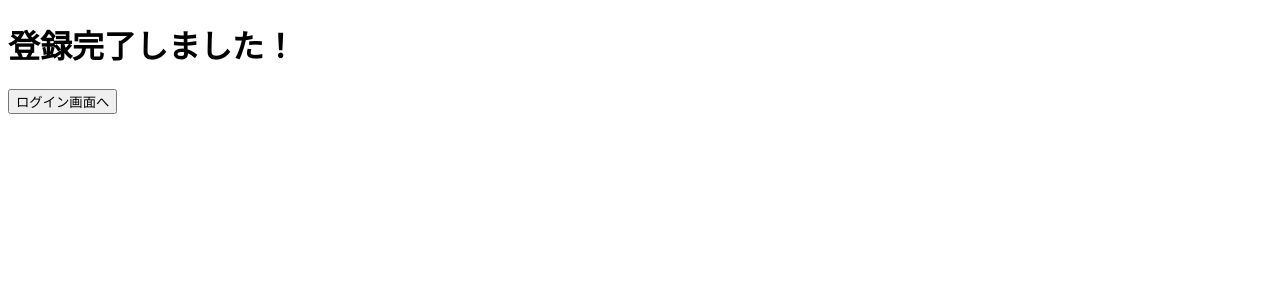
Repository: kawaguchi-mizuki/ntmc
Page: http://localhost/movie/addusercomp
The author's editor kept a copy of each file at every save. The page is drawn from the files as they stood at one save, then again after the next save.
The browser window is 1280 px wide. The pictures show the whole page.
The page is served by Tomcat 9.

Above is the page before, as saved 2019-06-28 06:49:23.

After the next save:
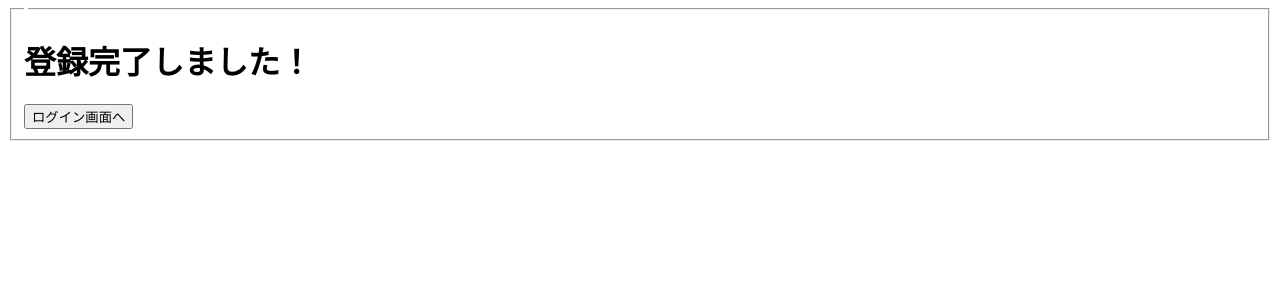
Saved 2 min 10 s later.
--- a/開発/movie/movie/WebContent/WEB-INF/jsp/add_user_comp.jsp
+++ b/開発/movie/movie/WebContent/WEB-INF/jsp/add_user_comp.jsp
@@ -7,9 +7,16 @@
 <title>会員登録完了</title>
 </head>
 <body>
-	<h1>登録完了しました！</h1>
-	<form action="login" method="GET">
-		<input type="submit" value="ログイン画面へ">
+	<form class="cmxform" action="listview" method="GET">
+		<fieldset>
+			<legend></legend>
+
+			<h1>登録完了しました！</h1>
+
+			<input type="submit" value="ログイン画面へ" class="send" />
+
+		</fieldset>
+
 	</form>
 
 </body>
